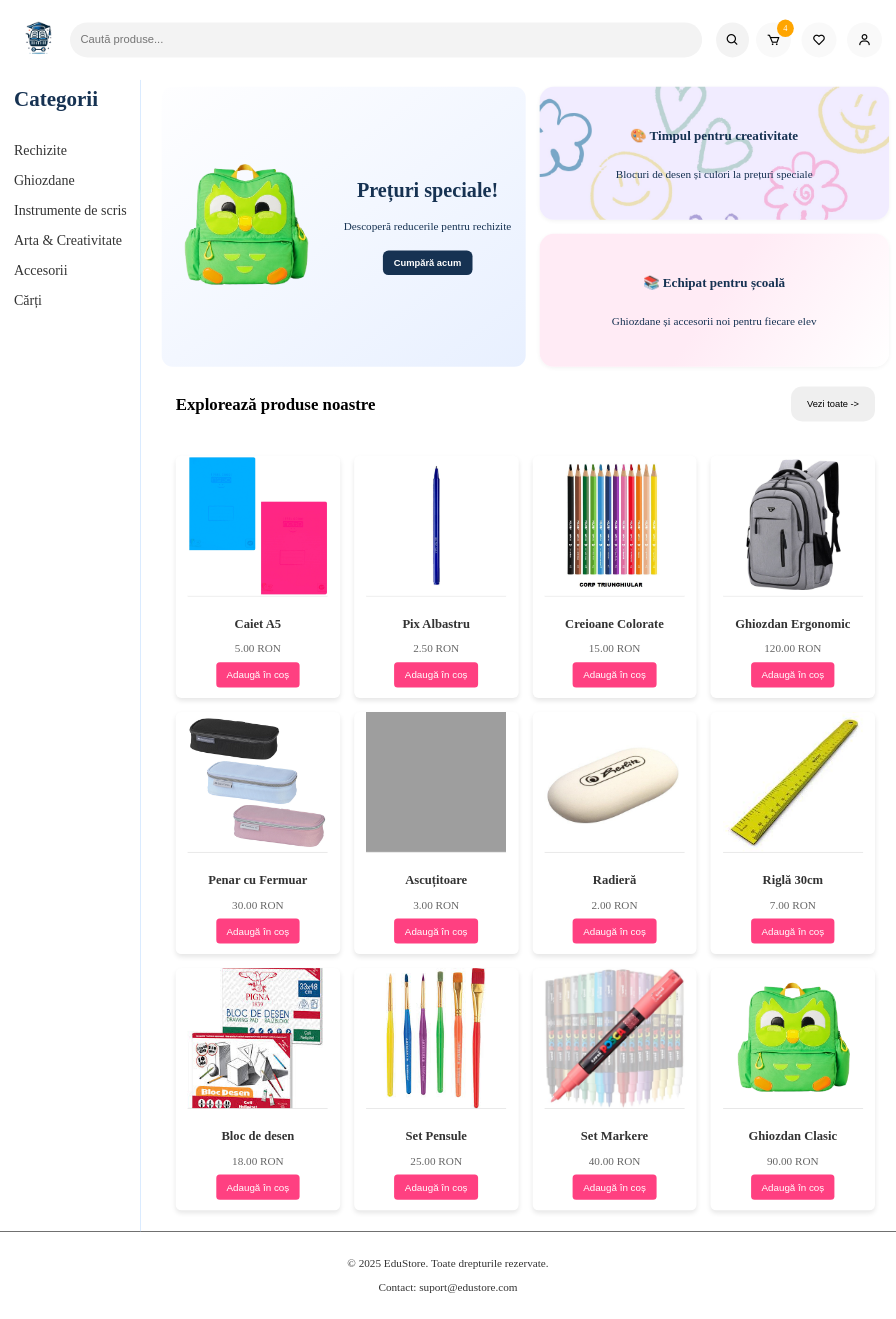
Repository: Roxana5504/WebDev-Project
Page: frontend/index.html
The author's editor kept a copy of each file at every save. The page is drawn from the files as they stood at one save, then again after the next save.
The browser window is 1280 px wide. The pictures show the whole page, at 70% of full size.
Pictures or frames that could not be fetched are drawn as grey boxes.

Above is the page before, as saved 2025-04-23 17:36:30.

After the next save:
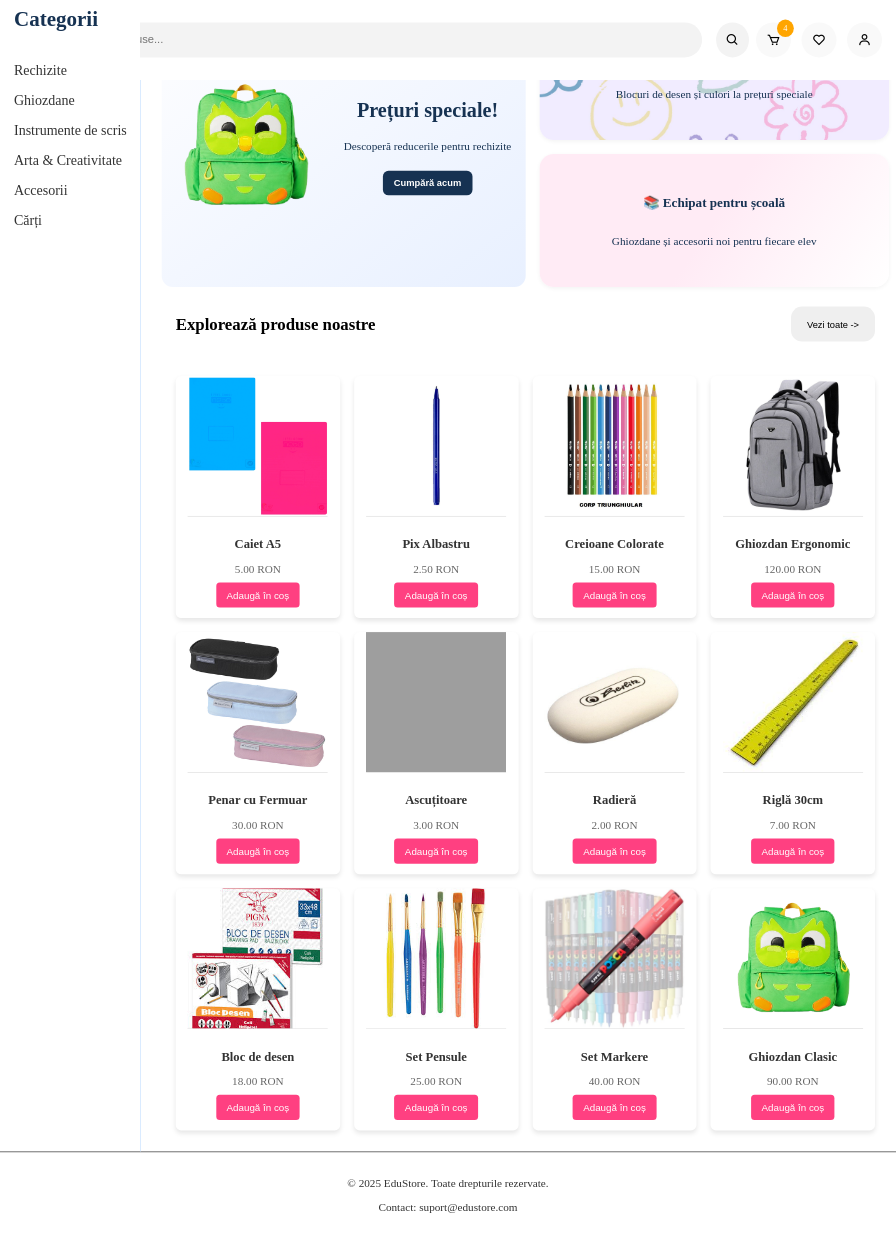
Saved 41 s later.
--- a/frontend/styles.css
+++ b/frontend/styles.css
@@ -85,7 +85,7 @@ body {
 }
 
 .container-header {
-  position: sticky;
+  position: fixed;
   top: 0px;
   background-color: white;
   z-index: 98;
